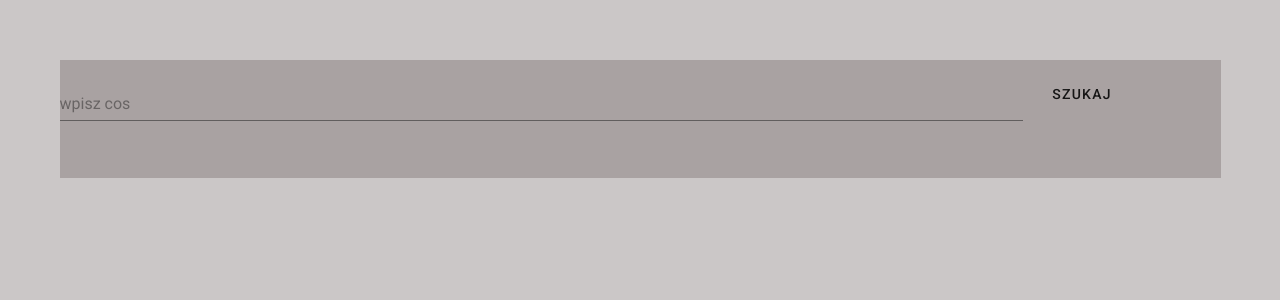
Repository: kq333/wyszukiwarka-filmow-seriali
Page: / (app in searchapp/)
These files come from the project's save history. The page is drawn as it stood at one moment and after the next save; the edit follows.
The browser window is 1280 px wide. The pictures show the whole page.
The project was rebuilt for these pictures with package versions that can differ from the ones it lists, and the page was loaded fresh each time. Also part of the build but not shown: searchapp/vue.config.js, searchapp/src/views/Home.vue.

Above is the page before, as saved 2021-02-18 01:28:01.

After the next save:
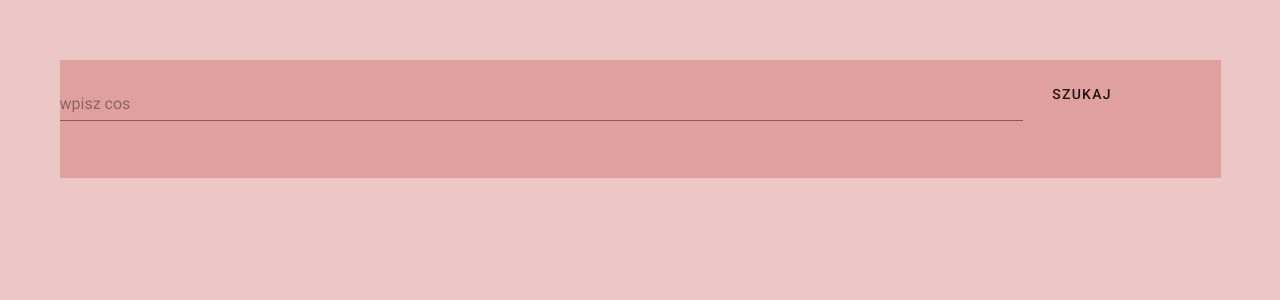
Saved 41 s later.
--- a/searchapp/src/App.vue
+++ b/searchapp/src/App.vue
@@ -27,7 +27,7 @@ export default {
 <style >
 
 #demo{
-  background-color:rgba(102, 91, 91, 0.342);
+  background-color:rgba(201, 89, 89, 0.342);
 }
 
 </style>
